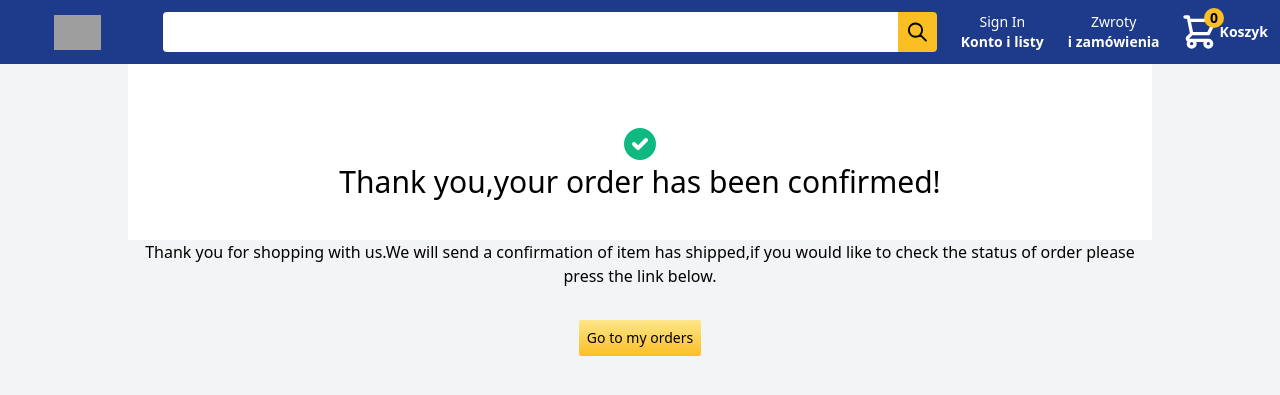
Repository: neridanek/amazon-clone-nextjs-redux-tailwind
Page: /success
These files come from the project's save history. The page is drawn as it stood at one moment and after the next save; the edit follows.
The browser window is 1280 px wide. The pictures show the whole page.
Pictures or frames that could not be fetched are drawn as grey boxes. The page's requests for data from a server got no answer. The project was rebuilt for these pictures with package versions that can differ from the ones it lists, and the page was loaded fresh each time. The framework's server and built-in components were replaced by stand-ins that run in the browser. No one was signed in, and anything a server would have sent is missing. Also part of the build but not shown: next.config.js.

Above is the page before, as saved 2022-02-13 21:35:31.

After the next save:
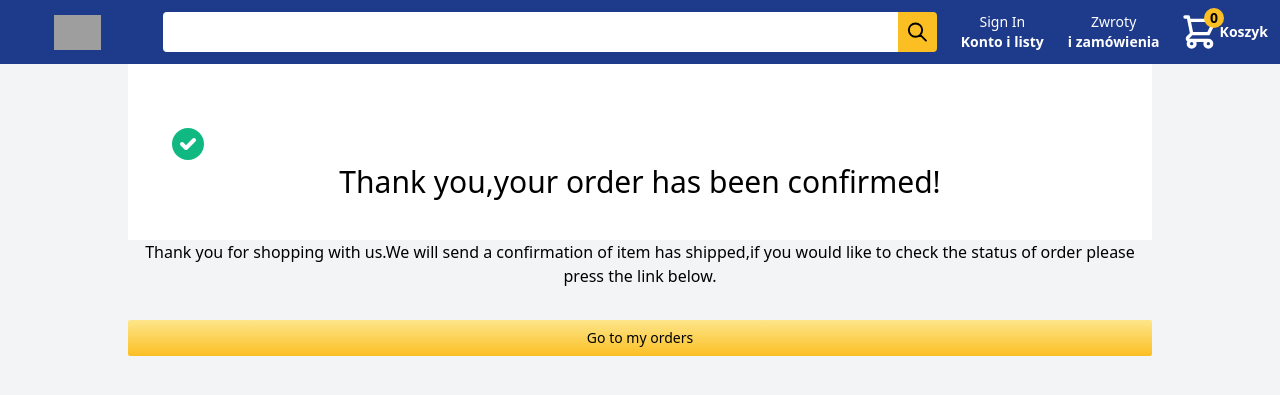
Saved 47 s later.
--- a/pages/success.js
+++ b/pages/success.js
@@ -7,8 +7,8 @@
   return (
     <div className="bg-gray-100 h-screen text-center">
       <Header />
-      <main className="max-w-screen-lg mx-auto">
-        <div className="flex flex-col p-10 bg-white">
+      <main className="max-w-screen-lg mx-auto flex flex-col ">
+        <div className="p-10 bg-white">
           <div className="flex items-center space-x-2 mb-5"></div>
           <CheckCircleIcon className="text-green-500 h-10" />
           <h1 className="text-3xl">Thank you,your order has been confirmed!</h1>

After the save that followed:
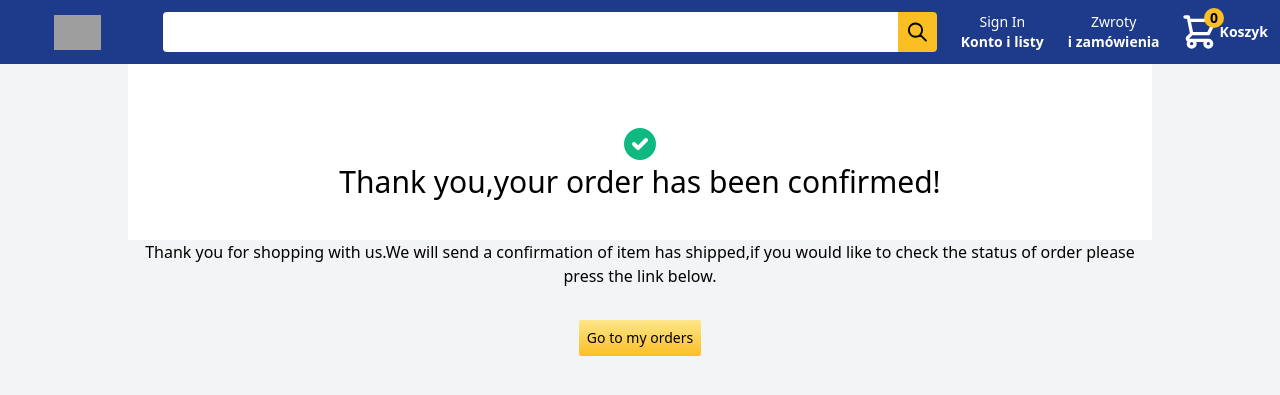
Saved 16 s later.
--- a/pages/success.js
+++ b/pages/success.js
@@ -7,8 +7,8 @@
   return (
     <div className="bg-gray-100 h-screen text-center">
       <Header />
-      <main className="max-w-screen-lg mx-auto flex flex-col ">
-        <div className="p-10 bg-white">
+      <main className="max-w-screen-lg mx-auto">
+        <div className="flex flex-col p-10 bg-white">
           <div className="flex items-center space-x-2 mb-5"></div>
           <CheckCircleIcon className="text-green-500 h-10" />
           <h1 className="text-3xl">Thank you,your order has been confirmed!</h1>
